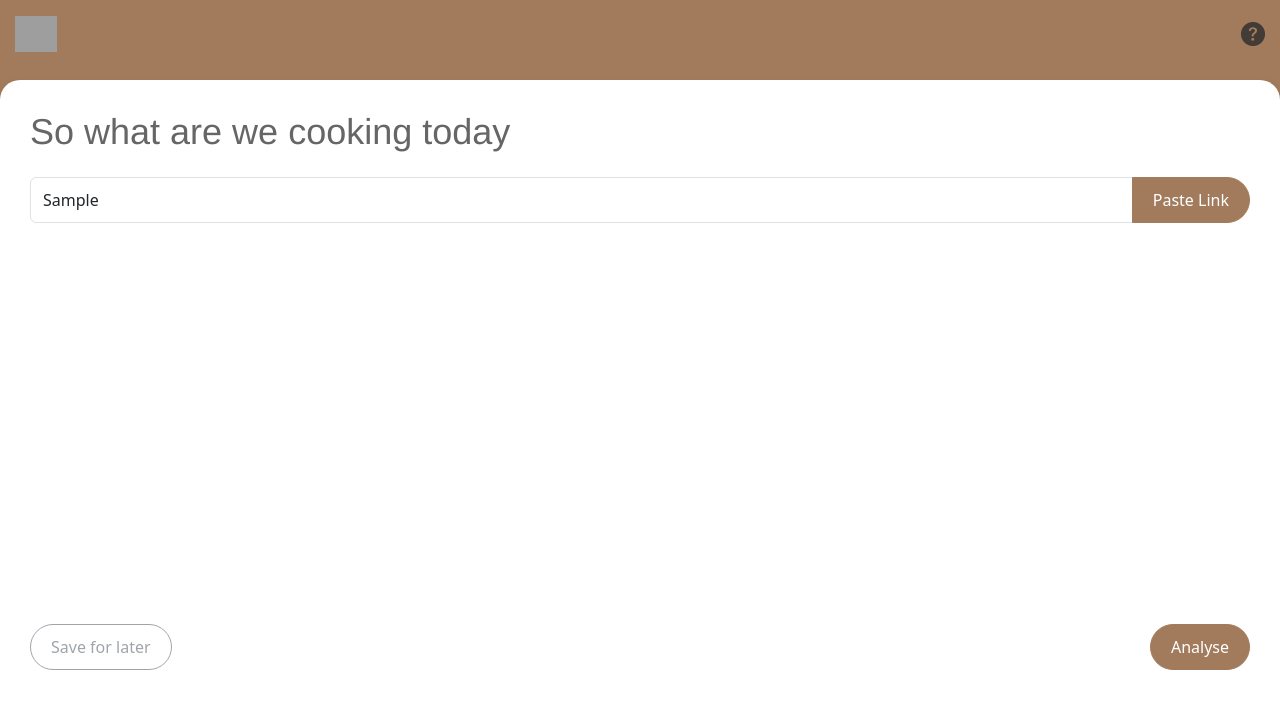
Repository: devashrisamani/SMC
Page: url.html
These files come from the project's save history. The page is drawn as it stood at one moment and after the next save; the edit follows.
The browser window is 1280 px wide. The pictures show the whole page.
Empty fields were first filled with sample values (such as "Sample", 5 or name@example.com).
After loading, the first visible `#pasteBtn` was clicked once.
Pictures or frames that could not be fetched are drawn as grey boxes.

Above is the page before, as saved 2024-10-09 18:07:59.

### url.html
<!DOCTYPE html>
<html lang="en">
  <head>
    <meta charset="UTF-8" />
    <meta name="viewport" content="width=device-width, initial-scale=1.0" />
    <link
      href="https://cdn.jsdelivr.net/npm/bootstrap@5.3.0-alpha1/dist/css/bootstrap.min.css"
      rel="stylesheet"
    />
    <link
      href="https://cdn.jsdelivr.net/npm/bootstrap-icons/font/bootstrap-icons.css"
      rel="stylesheet"
    />
    <link rel="stylesheet" href="styles.css" />
    <title>What Are We Cooking Today</title>
    <style>
      /* Inline style for the header background color */
      header {
        background-color: #a27b5c; /* New header color */
        height: 100px; /* Adjust the height as needed */
      }

      /* Custom rounded container styling */
      .rounded-container {
        background-color: #fff;
        border-radius: 20px 20px 0 0; /* Rounded corners at the top */
        box-shadow: 0px 4px 8px rgba(0, 0, 0, 0.1); /* Add a shadow effect */
        padding: 30px;
        margin-top: -20px; /* Slight overlap with the header */
        min-height: calc(
          100vh - 100px
        ); /* Make container take full height of viewport */
        display: flex;
        flex-direction: column; /* Enable column-based layout */
        justify-content: space-between; /* Push content to the top and bottom */
      }

      /* Remove flex behavior to stack elements */
      .top-content {
        display: block;
        width: 100%;
      }

      .input-group {
        width: 100%; /* Ensure input takes full width */
        margin-top: 20px; /* Add space between the title and input */
      }

      .btn {
        font-size: 16px;
        padding: 10px 20px;
        border-radius: 50px;
      }

      .btn-paste-clicked {
        background-color: #a27b5c !important; /* Brown color */
        color: #fff; /* Ensure text color is white */
        border-color: #a27b5c; /* Match the border color */
      }

      .btn-primary {
        background-color: #a27b5c;
        border-color: #a27b5c;
      }

      .btn-primary:hover {
        background-color: #8c6649;
        border-color: #8c6649;
      }

      /* Position buttons at the bottom */
      .bottom-buttons {
        display: flex;
        justify-content: space-between;
        align-items: center;
      }
    </style>
  </head>
  <body>
    <!-- Header -->
    <header class="container-fluid border-bottom py-3">
      <div class="d-flex justify-content-between align-items-center">
        <!-- Logo -->
        <div>
          <img src="img/logomark.svg" alt="Logo" class="logo" />
        </div>

        <!-- Help Icon -->
        <div>
          <i class="bi bi-question-circle-fill fs-4 text-muted"></i>
        </div>
      </div>
    </header>

    <!-- Main Content with rounded top edges -->
    <section class="container-fluid rounded-container">
      <!-- URL Input Section aligned from left to right at the top -->
      <div class="top-content">
        <h2 class="header-title mb-4 text-start">
          So what are we cooking today
        </h2>

        <!-- URL Input below title -->
        <div class="input-group">
          <input
            type="text"
            class="form-control"
            placeholder="Add link here"
            aria-label="Recipe URL"
          />
          <button id="pasteBtn" class="btn btn-outline-secondary" type="button">
            Paste Link
          </button>
        </div>
      </div>

      <!-- Save and Analyze Buttons positioned at the bottom of the page -->
      <div class="bottom-buttons mt-4">
        <button class="btn btn-outline-secondary disabled" disabled>
          Save for later
        </button>
        <button class="btn btn-primary">Analyse</button>
      </div>
    </section>

    <script src="https://cdn.jsdelivr.net/npm/bootstrap@5.3.0-alpha1/dist/js/bootstrap.bundle.min.js"></script>

    <script>
      // JavaScript to change the color of the button on click
      document
        .getElementById("pasteBtn")
        .addEventListener("click", function () {
          this.classList.add("btn-paste-clicked"); // Add the class to change the button color
        });
    </script>
  </body>
</html>

### styles.css
/* Custom styles for the header */
html,
body {
  margin: 0;
  padding: 0;
  overflow-x: hidden; /* Hide horizontal scrolling */
}

.logo {
  width: 42px;
  height: 36px;
}

.bi-question-circle-fill {
  color: #a27b5c;
}

.border-bottom {
  border-color: #eee;
}

/* Title Section */
.header-title {
  font-family: "Calistoga-Regular", Helvetica, sans-serif;
  color: #666666;
  font-size: 36px;
  margin: 0;
}

.retry-btn {
  border-color: #a27b5c;
  color: #a27b5c;
  border-radius: 20px;
}

.retry-btn:hover {
  background-color: #a27b5c;
  color: #fff;
}

.container-fluid {
  max-width: 100vw; /* Ensure it does not exceed the viewport width */
  padding-right: 15px;
  padding-left: 15px;
  box-sizing: border-box;
}

.row {
  margin-right: 0;
  margin-left: 0;
}
/* Styling for the three rectangles */

.rectangle {
  background-color: #f7f3ef;
  padding: 20px;
  /* height: 100%; */
  min-height: 70vh;
}

.items-needed {
  background-color: #f9f4ef;
}

.cooking {
  background-color: #f2eee9;
  text-align: center;
}

.serving {
  background-color: #eae2db;
  text-align: center;
}

/* Title and Text Styles */
.items-title {
  font-family: "Calistoga-Regular", Helvetica, sans-serif;
  color: #a27b5c;
  font-size: 18px;
  margin-bottom: 15px;
}

.ingredients-list .list-group-item {
  border: none;
  border-radius: 10px;
  background-color: #fff;
  margin-bottom: 10px;
  font-family: "DM Sans", sans-serif;
}

.ingredients-list .list-group-item strong {
  font-size: 18px;
  color: #666666;
}

.ingredients-list .list-group-item p {
  font-size: 14px;
  color: #999999;
}

/* Add Ingredient Button */
.add-ingredient {
  color: #a27b5c;
  font-weight: bold;
  text-decoration: none;
}

.cooking h5,
.serving h5 {
  font-family: "Calistoga-Regular", Helvetica, sans-serif;
  font-size: 18px;
  color: #a27b5c;
}

.cooking p,
.serving p {
  font-family: "DM Sans", sans-serif;
  font-size: 14px;
  color: #999999;
}

/* Flexbox for the title and button alignment */
.d-flex {
  display: flex;
  justify-content: space-between;
  align-items: center;
  margin-bottom: 15px;
}

.proceed-btn-wrapper {
  position: absolute;
  bottom: 30px;
  left: 50%;
  transform: translateX(20%);
  width: 100%; /* Ensure it's 100% of its parent, not wider */
  max-width: 300px; /* Prevent it from getting too large */
  overflow: hidden;
}

.proceed-btn {
  width: 100%;
  max-width: 300px;
  background-color: #a27b5c;
  color: #fff;
  border-radius: 50px;
  font-size: 16px;
  padding: 10px 40px;
  border: none;
}

.proceed-btn:hover {
  background-color: #8c6649;
  color: #fff;
}

After the next save:
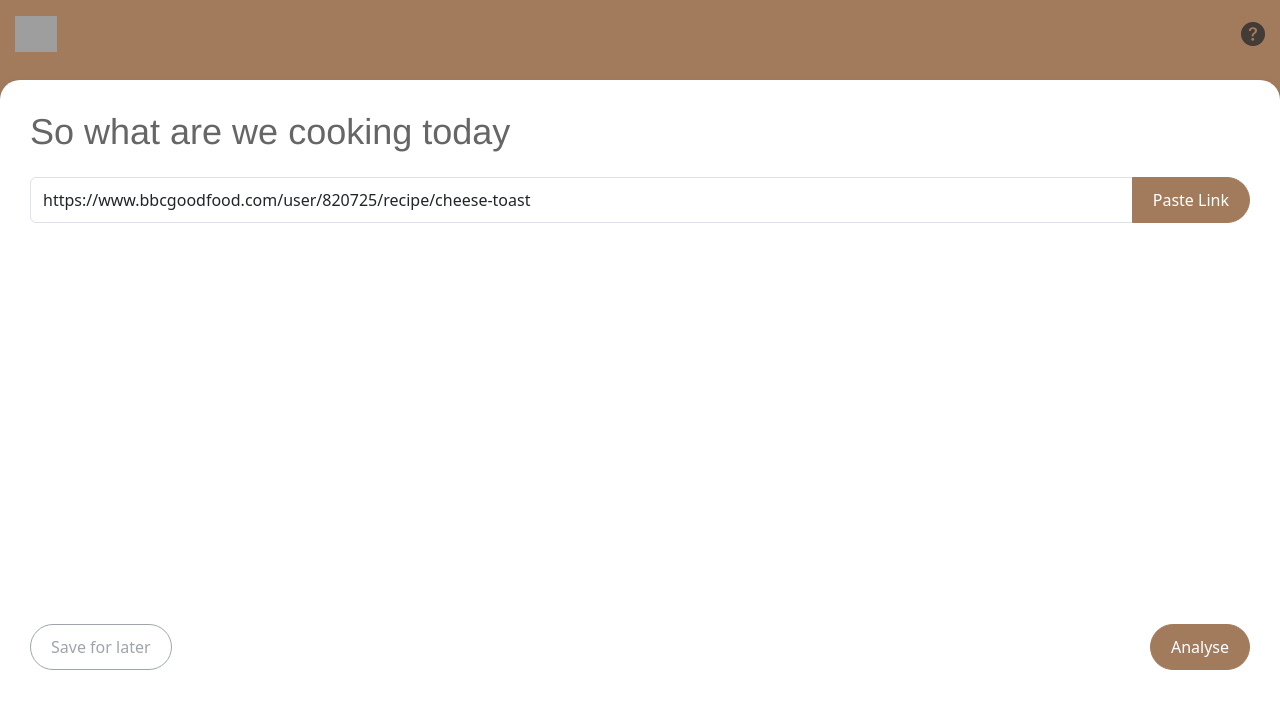
Saved 116 s later.
--- a/url.html
+++ b/url.html
@@ -103,6 +103,7 @@
         <!-- URL Input below title -->
         <div class="input-group">
           <input
+            id="recipeInput"
             type="text"
             class="form-control"
             placeholder="Add link here"
@@ -126,11 +127,16 @@
     <script src="https://cdn.jsdelivr.net/npm/bootstrap@5.3.0-alpha1/dist/js/bootstrap.bundle.min.js"></script>
 
     <script>
-      // JavaScript to change the color of the button on click
+      // JavaScript to change the color of the button on click and paste the link
       document
         .getElementById("pasteBtn")
         .addEventListener("click", function () {
-          this.classList.add("btn-paste-clicked"); // Add the class to change the button color
+          // Change button color
+          this.classList.add("btn-paste-clicked");
+
+          // Paste the link into the input field
+          document.getElementById("recipeInput").value =
+            "https://www.bbcgoodfood.com/user/820725/recipe/cheese-toast";
         });
     </script>
   </body>
